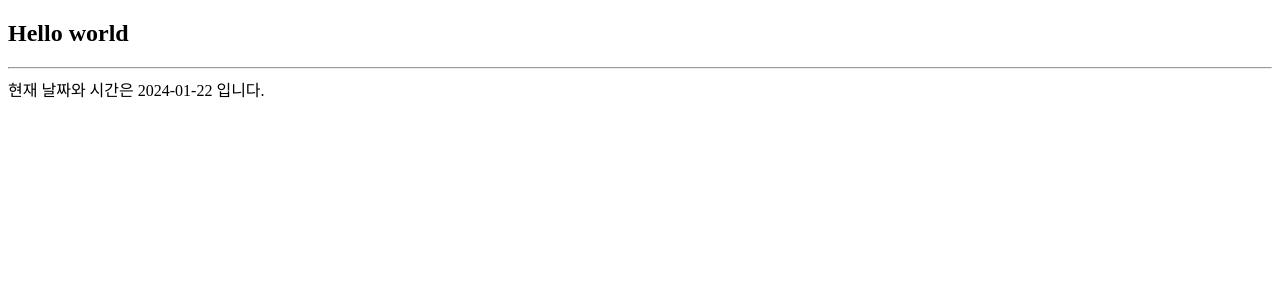
Repository: changhui98/JspBoard
Page: http://localhost/jspProject/hello.jsp
An editor plug-in stored every save of this project. The page is shown before and after the next save, followed by the edit.
The browser window is 1280 px wide. The pictures show the whole page.
The page is served by Tomcat 9.

Above is the page before, as saved 2024-01-22 16:28:26.

After the next save:
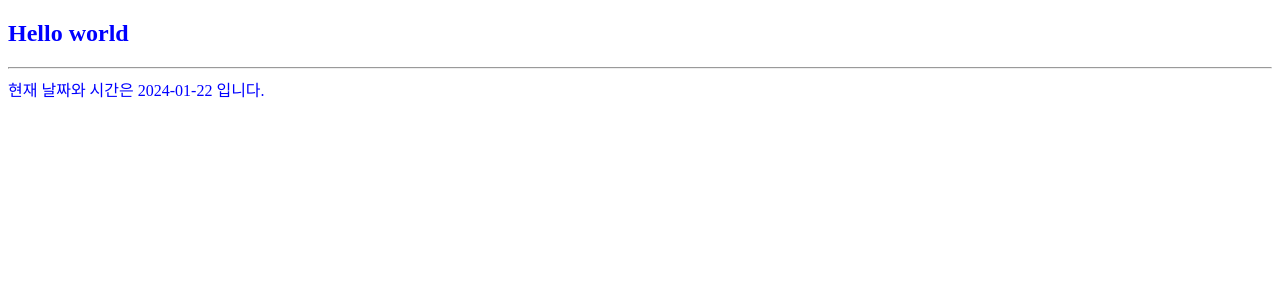
Saved 3 min 53 s later.
--- a/jspProject/src/main/webapp/hello.jsp
+++ b/jspProject/src/main/webapp/hello.jsp
@@ -5,6 +5,19 @@
 <head>
 <meta charset="UTF-8">
 <title>Insert title here</title>
+<style>
+	body {
+		color:blue;
+
+	}
+	h1 {
+		color:red;
+
+	}
+	div h1 {
+		background-color:green;
+	}
+</style>
 </head>
 <body>
 	<h2>Hello world</h2>
